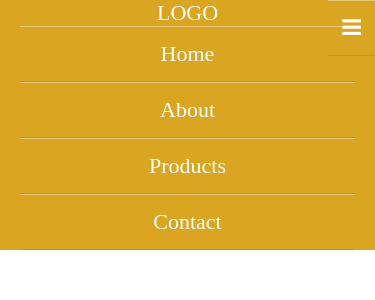
Repository: albayrakfatih/Flex-Navbar
Page: navbar-w-flexbox.html
These files come from the project's save history. The page is drawn as it stood at one moment and after a run of saves; the edit follows.
The browser window is 375 px wide. The pictures show the whole page.

Above is the page before, as saved 2023-05-09 20:24:17.

### navbar-w-flexbox.html
<!DOCTYPE html>
<html lang="en">
<head>
    <meta charset="UTF-8">
    <meta http-equiv="X-UA-Compatible" content="IE=edge">
    <meta name="viewport" content="width=device-width, initial-scale=1.0">
    <link rel="stylesheet" href="styles.css">
    <link rel="stylesheet" href="https://cdnjs.cloudflare.com/ajax/libs/font-awesome/4.7.0/css/font-awesome.min.css">
    <title>Navbar With Flexbox</title>
</head>
<body>


    <nav>
        <a href="" class="logo">LOGO</a>
        <ul class="navigation">
            <li><a href="#">Home</a></li>
            <li><a href="#">About</a></li>
            <li><a href="#">Products</a></li>
            <li><a href="#">Contact</a></li>
            <li><a href="#">
                <i class="fa fa-bars"></i>
            </a></li>

        </ul>
    </nav>



</body>
</html>

### styles.css
*{
    padding: 0;
    margin: 0;
}

nav{
    display: flex;
    justify-content: space-between;
    background: goldenrod;
    padding: 0 20px;
}



nav a{
    align-self: center;
    text-decoration: none;
    font-size: 22px;
    color: #fff;
}

.navigation{
    list-style-type: none;
    display: flex;
}
.navigation a{
    display: block;
    padding: 14px;
    text-align: center;
}
.navigation a:hover{
    background:  #e8c264;
    border-radius: 20px;
}
.navigation li:last-child{
    display: none;
}


@media (max-width:570px){
    nav{
        flex-direction: column;
        position: relative;
    }

    .navigation{
        flex-direction: column;
    }
    .navigation a{
        border-top: 1px solid rgba(255,255,255,0.4);
        border-bottom: 1px solid rgba(0,0,0,0.1);
    }
    .navigation li:last-child{
        display: block;
        position: absolute;
        top: 0;
        right: 0px;
    }


}

After the next 4 saves:
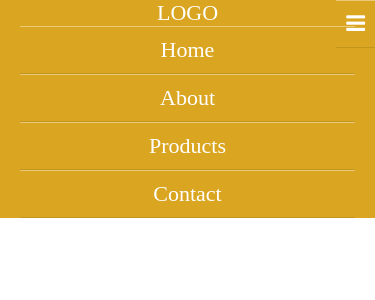
The 4 saves are shown as one change because they came seconds apart.
The last was saved 15 s later.
--- a/styles.css
+++ b/styles.css
@@ -49,6 +49,7 @@
     .navigation a{
         border-top: 1px solid rgba(255,255,255,0.4);
         border-bottom: 1px solid rgba(0,0,0,0.1);
+        padding: 10px;;
     }
     .navigation li:last-child{
         display: block;

After the 2 saves that followed:
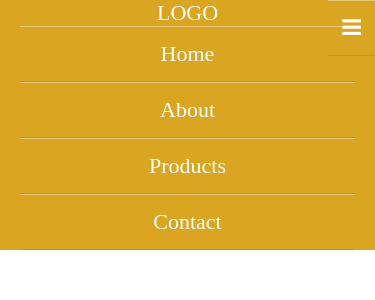
The 2 saves are shown as one change because 1 left the picture as it was.
The last was saved 20 s later.
--- a/styles.css
+++ b/styles.css
@@ -49,7 +49,6 @@
     .navigation a{
         border-top: 1px solid rgba(255,255,255,0.4);
         border-bottom: 1px solid rgba(0,0,0,0.1);
-        padding: 10px;;
     }
     .navigation li:last-child{
         display: block;
